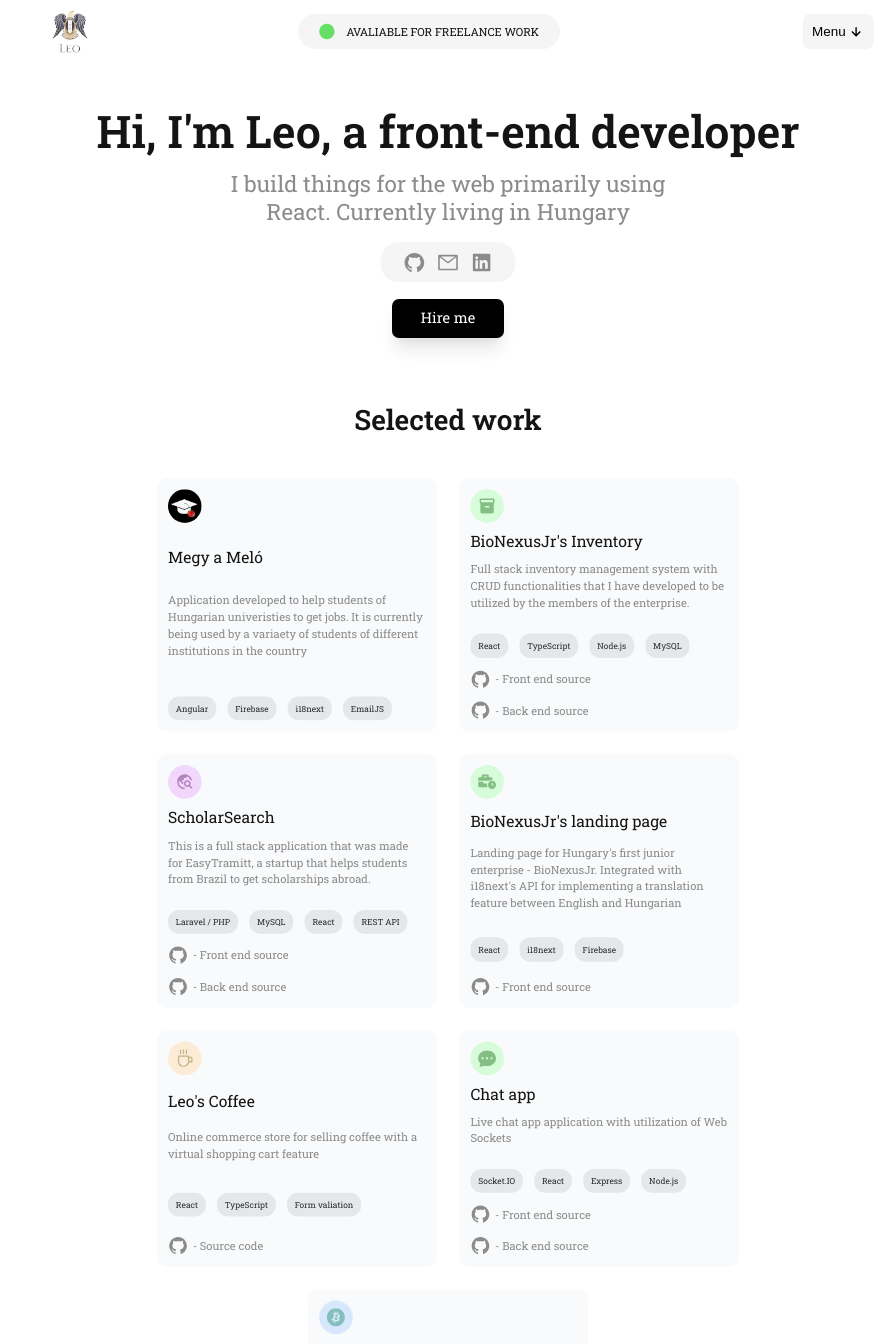
Repository: Leoka2000/portfolio-final
Page: /
The author's editor kept a copy of each file at every save. The page is drawn from the files as they stood at one save, then again after the next save.
The browser window is 1280 px wide. The pictures show the part of the page from y = 0 to 1920 px (the page is 3329 px tall), at 70% of full size.
Some web fonts or font styles are not loaded; a fallback is used. The project was rebuilt for these pictures with package versions that can differ from the ones it lists, and the page was loaded fresh each time. Some packages were replaced by stand-ins written for this rebuild. Also part of the build but not shown: src/App.css. Imported but missing from the stored project, and not drawn on this page: src/assets/BioNexus.mp4, src/assets/LeoCV.pdf, src/assets/ScholarSearch.mp4, src/assets/chat-app.mp4.

Above is the page before, as saved 2023-09-05 12:36:40.

### public/index.html
<!DOCTYPE html>
<html lang="en">
  <head>
    <meta charset="utf-8" />
    <link rel="icon" href="%PUBLIC_URL%/favicon.ico" />
    <meta name="viewport" content="width=device-width, initial-scale=1" />
    <meta name="theme-color" content="#000000" />
    <meta
      name="description"
      content="Web site created using create-react-app"
    />
    <link rel="apple-touch-icon" href="%PUBLIC_URL%/logo192.png" />
    <!-- font -->
    <link rel="preconnect" href="https://fonts.googleapis.com">
    <link rel="preconnect" href="https://fonts.gstatic.com" crossorigin>
    <link href="https://fonts.googleapis.com/css2?family=Fira+Sans+Extra+Condensed:wght@300&family=Roboto+Condensed:wght@300&family=Roboto+Slab:wght@400;500;600&display=swap" rel="stylesheet">

    <!-- font -->
    <link rel="manifest" href="%PUBLIC_URL%/manifest.json" />

    <title>React App</title>
  </head>
  <body>
    <noscript>You need to enable JavaScript to run this app.</noscript>
    <div id="root"></div>
    <!--
      This HTML file is a template.
      If you open it directly in the browser, you will see an empty page.

      You can add webfonts, meta tags, or analytics to this file.
      The build step will place the bundled scripts into the <body> tag.

      To begin the development, run `npm start` or `yarn start`.
      To create a production bundle, use `npm run build` or `yarn build`.
    -->
  </body>
</html>

### src/pages/main/home.jsx
import React from 'react'
import Navbar from '../../compontents/navbar/navbar'
import Hero from './hero/hero'
import Work from './work/work-parent'
import About from './about/about'
import Contact from '../contact/contact'


const Home = () => {
  return (
    <>

      <Hero/>
      <Work/>
      <About/>
      <Contact/>
    </>
  )
}

export default Home

### src/compontents/navbar/navbar.css
.nav-navbar {
    display: flex;
    justify-content: flex-start;

    align-items: center;
    height: 90px;
}

.nav-navbar > span {
    display: flex;
    color: var(--h1);
    text-align: center;
    align-items: center;
    justify-content: center;
    background-color: #f5f5f5;
    font-weight: 300;
    padding: 9px 30px;
    border-radius: 30px;
    height: 2rem;
    gap: 1rem;
    width: auto;
    position: absolute;
    right: 30rem;

}
.nav-navbar > span > div {
width: 1.4rem;
border-radius: 100%;
background-color: rgb(101, 223, 101);
height: 1.4rem;
}
.dropdown-menu{
    position: absolute;
    right: 0;
    margin-right: 2rem;


}
.nav-dropdown {
    transform: none;
    transition: all 2s ease-in-out;
    margin-top: 1rem;
    background-color: #f5f5f5;
    position: absolute;
    top: 1;
    right: 0;
    border-radius: 10px;
    width: 10rem;
    height: 8.5rem;
    font-size: 1.2rem;
    transition: all .2s ease-in-out;
    box-shadow: rgba(0, 0, 0, 0.1) 0px 20px 25px -5px, rgba(0, 0, 0, 0.04) 0px 10px 10px -5px;
    opacity:1;
    transition:

     0s linear,
     1s linear;
}
.nav-dropdown::before {
    content: "";
z-index: -1;
position: absolute;
top: 0;
right: 0;
bottom: 0;
left: 0;
background: linear-gradient(-45deg,#e81cff,#40c9ff);
transform: translateZ(0) scale(.95);
filter: blur(20px);
opacity: .6;
transition: .3s;
border-radius: inherit;
transition: all 2s ease-in-out;

}
.dropdown{

    list-style: none;
    display: flex;
 flex-direction: column;
 padding: 1rem;
 transform: none;
 opacity:1;
    transition:

     0s linear,
     1s linear;


}

.dropdown > a {
    list-style: none;
    width: 84%;
    display: flex;
    padding: 0.5rem 1rem 0.5rem 0.7rem;
}
.dropdown > a > a {
    width: 100%;
}
.dropdown a:hover {
    background-color: rgb(219, 219, 219);
    cursor: pointer;
    border-radius: 10px;
    transition: 0.2s;
}
.nav-navbar > div > button {
    background-color: transparent;
    outline: none;
    border: none;
    display: flex;
    align-items: center;
    background-color: #f5f5f5;
    border-radius: 10px;

    padding: 0.8rem;
    justify-content: center;
    gap: 0.2rem;
    cursor: pointer;
    position: relative;
    transition: 0.3s;
}
.nav-navbar > div > button:hover {
background-color: rgb(228, 228, 228);
transform: scale(1.1);
}
.dropdown-menu > button > p {
    font-size: 1.2rem;

}
.dropdown-menu button svg {
    font-size: 1.5rem;
}

### src/pages/main/hero/hero.jsx
import React from 'react'
import {AiFillGithub} from 'react-icons/ai'
import {AiOutlineMail} from 'react-icons/ai'
import {AiFillLinkedin} from 'react-icons/ai'
import './hero.css'
import { Link } from 'react-scroll'

const hero = () => {
  return (
    <>
      <section className='hero-section'>
        <h1>Hi, I'm Leo, a front-end developer</h1>
        <p>I build things for the web primarily using React. Currently living in Hungary</p>
        <div className='icons-wrapper'>
          <a href='https://www.linkedin.com/in/leoreus/'><AiFillGithub/></a>
          <a href='https://github.com/Leoka2000'><AiOutlineMail/> </a>
          <a><AiFillLinkedin/></a>
        </div>
     <Link  className='hero-btn' to="contact" spy={true} smooth={true} offset={100} duration={500}>Hire me</Link>
      </section>
    </>
  )
}

export default hero

### src/pages/main/work/work-parent.jsx
import React from 'react'
import './work.css'
import Bionexus from './projects/bionexus/index'
import CoffeeApp from './projects/coffee/index'
import ChatApp from './projects/chatapp/index'
import EasyTramitt from './projects/easy/index'
import CryptoApp from './projects/cryptoapp/index'
import Inventory from './projects/inventory'
import MegyaMelo from './projects/megyamelo'



const Work = () => {
  return (
    <>
      <section id='work' className='work-section'>
        <header><h1>Selected work</h1></header>
        <main className='work-main'>
          <MegyaMelo/>
       <Inventory/>
        <EasyTramitt />
          <Bionexus />
          <CoffeeApp />
          <ChatApp />
          <CryptoApp />



        </main>


      </section>
    </>
  )
}

export default Work

### src/pages/main/hero/hero.css
.hero-section {
    display: flex;
    flex-direction: column;
    text-align: center;
    align-items: center;
    padding: 4rem 2rem 2rem 2rem;
    justify-content: center;
    gap: 1.5rem
}
.hero-section h1 {
    color: var(--h1);
    font-size: 4rem;
}
.hero-section p {
    color: var(--p);
    font-size: 2rem;
    line-height: 2.5rem;
    max-width: 45rem;

}
.icons-wrapper {
    font-size: 2rem;
    color: var(--p);
    background-color: #f5f5f5;
    border-radius: 25px;
    align-items: center;
    padding: 0.8rem 0 0.5rem 0;
    width: 12rem;
    display: flex;
    justify-content: center;
    gap: 1rem;
    cursor: pointer;

}
.icons-wrapper a {
    text-decoration: none;
    color: var(--p);
}
.icons-wrapper svg {
    transition: 0.4s;
}
.icons-wrapper svg:hover {
    color: rgb(0, 0, 0);
}


.hero-section > a {
    font-family: 'Fira Sans Extra Condensed', sans-serif;

    font-family: 'Inter', sans-serif;

    font-family: 'Roboto Condensed', sans-serif;

    font-family: 'Roboto Slab', serif;

    display: flex;
    justify-content: center;
    align-items: center;
    color: white;
    font-size: 1.3rem;
    width: 10rem;
    height: 3.5rem;
    border-radius: 10px;
    outline: none;
    background-color: black;
    border: none;
    position: relative;
    cursor: pointer;
    transition: all .2s ease-in-out;
    box-shadow: rgba(0, 0, 0, 0.1) 0px 20px 25px -5px, rgba(0, 0, 0, 0.04) 0px 10px 10px -5px;
}
.hero-section > button::before {
    content: "";
z-index: -1;
position: absolute;
top: 0;
right: 0;
bottom: 0;
left: 0;
background: linear-gradient(-45deg, #e81cff, #40c9ff);
transform: translateZ(1) scale(.98);
filter: blur(20px);
opacity: .6;
transition: opacity .3s;
border-radius: inherit;
transition: all .2s ease-in-out;
}
.hero-section > button::after {

        content: "";
        z-index: -1;
        position: absolute;
        top: 0;
        right: 0;
        bottom: 0;
        left: 0;
        background: inherit;
        border-radius: inherit;
      }

.hero-section > button:hover {
transform: scale(1.1);
background-color: white;
color: black;
}



@media screen and (max-width: 1000px) {
    .hero-section > h1 {
        color: var(--h1);
        font-size: 2rem;
    }
    .hero-section > p {
        font-size: 1.2rem;
        line-height: 1.4rem;
    }

}

### src/pages/main/work/projects/bionexus/index.jsx
import React from 'react'
import {FaBusinessTime} from 'react-icons/fa'
import {AiFillGithub} from 'react-icons/ai'

const index = () => {

  return (
    <a target='_blank' href='https://bionexusjr.com/' className='individual-wrapper'>
    <span id='work-2'><FaBusinessTime/></span>
    <h1>BioNexusJr's landing page</h1>
    <p>Landing page for Hungary's first junior enterprise - BioNexusJr. Integrated with i18next's API for implementing a translation feature between English and Hungarian</p>
    <div className='key-wrapper'>
    <span>React</span>
      <span>i18next</span>
      <span>Firebase</span>
    </div>
    <a target='_blank' href='https://github.com/Leoka2000/BioNexus-s-Website'><AiFillGithub/><p id='hover'>- Front end source</p></a>
  </a>
  )
}

export default index

### src/pages/main/work/projects/coffee/index.jsx
import React from 'react'
import {AiOutlineCoffee} from 'react-icons/ai'
import {AiFillGithub} from 'react-icons/ai'

const index = () => {
  return (
    <a target='_blank'  href='https://melodious-rabanadas-153006.netlify.app/' className='individual-wrapper'>
      <span id='work-3'><AiOutlineCoffee/></span>
      <h1>Leo's Coffee</h1>
      <p>Online commerce store for selling coffee with a virtual shopping cart feature</p>
      <div className='key-wrapper'>
        <span>React</span>
        <span>TypeScript</span>
        <span>Form valiation</span>
      </div>
      <a target='_blank' href='https://github.com/Leoka2000/e-commerce-website'><AiFillGithub/><p id='hover'>- Source code</p></a>
    </a>
  )
}

export default index

### src/pages/main/work/projects/chatapp/index.jsx
import { useState } from 'react'
import { BsFillChatDotsFill } from 'react-icons/bs'
import { AiFillGithub } from 'react-icons/ai'
import video from '../../../../../assets/chat-app.mp4'

const Index = () => {
  const [isVideoPlaying, setIsVideoPlaying] = useState(false);

  const handleVideoClick = (event) => {
    const targetElement = event.target;
    const isGithubLink = targetElement.closest('.github-link');

    if (!isGithubLink) {
      setIsVideoPlaying(true);
      disableScroll();
    }
  };

  const handleQuitVideo = () => {
    setIsVideoPlaying(false);
    enableScroll();
  };

  const disableScroll = () => {
    document.body.style.overflow = 'hidden';
  };

  const enableScroll = () => {
    document.body.style.overflow = '';
  };

  return (
    <div>
      <div onClick={handleVideoClick} className='individual-wrapper'>
        <span id='work-4'><BsFillChatDotsFill /></span>
        <h1>Chat app</h1>
        <p>Live chat app application with utilization of Web Sockets</p>
        <div className='key-wrapper'>
          <span>Socket.IO</span>
          <span>React</span>
          <span>Express</span>
          <span>Node.js</span>
        </div>
        <a target='_blank' href="https://github.com/Leoka2000/chat-app-front-end" className="github-link">
          <AiFillGithub />
          <p id="hover">- Front end source</p>
        </a>
        <a target='_blank' href="https://github.com/Leoka2000/chat-app-back-end" className="github-link">
          <AiFillGithub />
          <p id="hover">- Back end source</p>
        </a>
      </div>
      {isVideoPlaying && (
        <div className="video-overlay">
          <video src={video} controls autoPlay />
          <button onClick={handleQuitVideo}>Quit</button>
        </div>
      )}
    </div>
  )
}


export default Index

### src/pages/main/work/projects/easy/index.jsx
import React, { useState } from 'react';
import { MdTravelExplore } from 'react-icons/md';
import { AiFillGithub } from 'react-icons/ai';
import video from '../../../../../assets/ScholarSearch.mp4';

const Index = () => {
  const [isVideoPlaying, setIsVideoPlaying] = useState(false);

  const handleVideoClick = (event) => {
    const targetElement = event.target;
    const isGithubLink = targetElement.closest('.github-link');

    if (!isGithubLink) {
      setIsVideoPlaying(true);
      disableScroll();
    }
  };

  const handleQuitVideo = () => {
    setIsVideoPlaying(false);
    enableScroll();
  };

  const disableScroll = () => {
    document.body.style.overflow = 'hidden';
  };

  const enableScroll = () => {
    document.body.style.overflow = '';
  };

  return (
    <div>
      <div onClick={handleVideoClick} className="individual-wrapper">
        <span id="work-5">
          <MdTravelExplore />
        </span>
        <h1>ScholarSearch</h1>
        <p>
          This is a full stack application that was made for EasyTramitt, a
          startup that helps students from Brazil to get scholarships abroad.
        </p>
        <div className="key-wrapper">
          <span>Laravel / PHP</span>
          <span>MySQL</span>
          <span>React</span>
          <span>REST API</span>
        </div>
        <a target='_blank' href="https://github.com/Leoka2000/front-end-ScholarSearch" className="github-link">
          <AiFillGithub />
          <p id="hover">- Front end source</p>
        </a>
        <a  target='_blank' href="https://github.com/Leoka2000/back-end-laravel" className="github-link">
          <AiFillGithub />
          <p id="hover">- Back end source</p>
        </a>
      </div>

      {isVideoPlaying && (
        <div className="video-overlay">
          <video src={video} controls autoPlay />
          <button onClick={handleQuitVideo}>Quit</button>
        </div>
      )}
    </div>
  );
};

export default Index;

### src/pages/main/work/projects/cryptoapp/index.jsx
import React from 'react'
import {SiBitcoin} from 'react-icons/si'
import {AiFillGithub} from 'react-icons/ai'

const index = () => {
  return (
    <a target='_blank'  href='https://regal-macaron-8fc4ed.netlify.app/' className='individual-wrapper'>
      <span id='work-1'><SiBitcoin/></span>
      <h1>CryptoApp</h1>
      <p>By consuming the CoinGecko API, the app provides live updates on different cryptocurrency informations</p>
      <div className='key-wrapper'>
      <span>React</span>
      <span>TypeScript</span>
        <span>CoinGecko API</span>
      </div>
      <a target='_blank' href='https://github.com/Leoka2000/CryptoApp'><AiFillGithub/><p id='hover'>- Source code</p></a>
    </a>
  )
}

export default index

### src/pages/main/work/projects/inventory/index.jsx
import React, { useState } from 'react'
import { MdInventory } from 'react-icons/md'
import { AiFillGithub } from 'react-icons/ai'
import video from '../../../../../assets/BioNexus.mp4'

const Index = () => {
  const [isVideoPlaying, setIsVideoPlaying] = useState(false);

  const handleVideoClick = (event) => {
    const targetElement = event.target;
    const isGithubLink = targetElement.closest('.github-link');

    if (!isGithubLink) {
      setIsVideoPlaying(true);
      disableScroll();
    }
  };

  const handleQuitVideo = () => {
    setIsVideoPlaying(false);
    enableScroll();
  };

  const disableScroll = () => {
    document.body.style.overflow = 'hidden';
  };

  const enableScroll = () => {
    document.body.style.overflow = '';
  };

  return (
    <div>
      <div onClick={handleVideoClick} className='individual-wrapper'>
        <span id='work-2'><MdInventory /></span>
        <h1>BioNexusJr's Inventory</h1>
        <p>Full stack inventory management system with CRUD functionalities that I have developed to be utilized by the members of the enterprise.</p>
        <div className='key-wrapper'>
          <span>React</span>
          <span>TypeScript</span>
          <span>Node.js</span>
          <span>MySQL</span>
        </div>
        <a target='_blank' href="https://github.com/Leoka2000/inventory-bionexusjr" className="github-link">
          <AiFillGithub />
          <p id="hover">- Front end source</p>
        </a>
        <a target='_blank' href="https://github.com/Leoka2000/inventory-app-backend" className="github-link">
          <AiFillGithub />
          <p id="hover">- Back end source</p>
        </a>
      </div>
      {isVideoPlaying && (
        <div className="video-overlay">
          <video src={video} controls autoPlay />
          <button onClick={handleQuitVideo}>Quit</button>
        </div>
      )}
    </div>
  )
}

export default Index

### src/pages/main/work/projects/megyamelo/index.jsx
import React from 'react'
import {SiBitcoin} from 'react-icons/si'
import logo from '../../../../../assets/logo.jpg'

const Index = () => {
  return (
    <a target='_blank'  href='https://www.megyamelo.com' className='individual-wrapper'>
      <span id='work-6'><img src={logo}/></span>
      <h1>Megy a Meló</h1>
      <p>Application developed to help students of Hungarian univeristies to get jobs. It is currently being used by a variaety of students of different institutions in the country</p>
      <div className='key-wrapper'>
      <span>Angular</span>
      <span>Firebase</span>
      <span>i18next</span>
        <span>EmailJS</span>
      </div>
    </a>
  )
}

export default Index

### src/pages/main/about/about.css
.about-section {
    display: flex;
    gap: 0.5rem;
    padding: 7rem 1.5rem 5rem 4rem;
}

.left {
    display: flex;
    flex-direction: column;
    width: 50rem;
    gap: 1rem;

}
.left > h1 {
    color: var(--h1);
    font-size: 1.8rem;
}
.left > p {
    line-height: 1.8rem;
    color: var(--p);
    font-size: 1rem;
    font-weight: normal;
    -webkit-font-smoothing: antialiased;
    -moz-osx-font-smoothing: grayscale;
    width: 90%;

}

.right {
    display:flex;
    flex-direction: column;
    background-color: var(--background);
    border-radius: 16px;
    gap:1.6rem;
    padding: 1.3rem;
    justify-content: space-evenly;
    z-index: 0;
    width: 30rem;

}
.right > h1 {
    font-size: 1.9rem;
}
.right > p {
    color: var(--p);
    font-size: 1.1rem;
    line-height: 1.8rem;
    width: 95%;
}
.right-btn {
    display: flex;
    justify-content: center;
    align-items: center;
    color: white;
    font-size: 1rem;
    width: 10rem;
    height: 2.5rem;
    border-radius: 10px;
    outline: none;

    background-color: black;
    border: none;
    position: relative;
    cursor: pointer;
    transition: all .2s ease-in-out;
    box-shadow: rgba(0, 0, 0, 0.1) 0px 20px 25px -5px, rgba(0, 0, 0, 0.04) 0px 10px 10px -5px;
    font-family: 'Fira Sans Extra Condensed', sans-serif;

    font-family: 'Inter', sans-serif;

    font-family: 'Roboto Condensed', sans-serif;

    font-family: 'Roboto Slab', serif;
}
.right-btn::before {
    content:"";
z-index: -1;
position: absolute;
top: 0;
right: 0;
bottom: 0;

left: 0;
background: linear-gradient(-45deg, #e81cff, #40c9ff);
transform: translateZ(1) scale(.98);
filter: blur(20px);
opacity: 0.8;
transition: opacity .3s;
border-radius: inherit;
transition: all .2s ease-in-out;
}
.right-btn::after {

        content: "";
        z-index: -1;
        position: absolute;
        top: 0;
        right: 0;
        bottom: 0;
        left: 0;
        background: inherit;
        border-radius: inherit;
      }

      .right-btn:hover {
transform: scale(1.1);
background-color: white;
color: black;
}




@media screen and (max-width: 1150px) {
    .right {
        width: 35rem;


    }
    .left {
        width: 40rem;
        padding-left: 1.5rem;
    }
}

@media screen and (max-width: 1000px) {
    .about-section {
        flex-direction: column;
        padding-left: 0rem;
    }
    .right {
        width: 90%;



    }
    .left {
        width: 90%;
        padding-bottom: 1.5rem;


    }
    .left > p {
        width: 100%;
    }

    .right-btn {
        width: 13rem;
    }

    .right > p {

        font-size: 1.2rem;

    }
}

### src/pages/main/about/thingsido/index.jsx
import React from 'react'

const index = () => {
  return (
    <div className='left'>
            <h1>My story</h1>
            <p>My first real world experience I had with programming was when my friend founded a startup and was complaining to me how expensive it is to hire a programmer to develop a website. At that point I had been doing some self-studying in JS, which was enough for me to start learning React to maker her a website. After this experience I grew passionate about coding and started developing myself in this field</p>
            <p>In my free time I am a language learner. Aside from my native language, I also speak English, Hungarian, and a bit of Italian</p>
        </div>
  )
}

export default index

### src/pages/main/about/skills/index.jsx
import React from 'react'
import CV from '../../../../assets/LeoCV.pdf'
import './index.css'



const index = () => {
    return (
        <div className='right'>
            <h1>Skills</h1>
            <p>HTML / CSS / TypeScript / React / Laravel / PHP / MySQL / Next.js / Node.js / Express.js / Figma</p>
            <a href={CV} download className='right-btn'>Download CV</a>
        </div>
    )
}

export default index

Loaded but not shown: src/index.js (common file); src/index.css (common file); src/App.js (common file); src/pages/contact/inputs/index.js (87 lines, source omitted); src/compontents/navbar/navbar.js (35 lines, source omitted); src/pages/contact/contact.js (22 lines, source omitted); src/pages/main/about/about.js (15 lines, source omitted); src/pages/main/work/work.css (210 lines, source omitted); src/pages/contact/contact.css (158 lines, source omitted); src/pages/main/about/skills/index.css (no stored copy; drawn as an empty file)

After the next save:
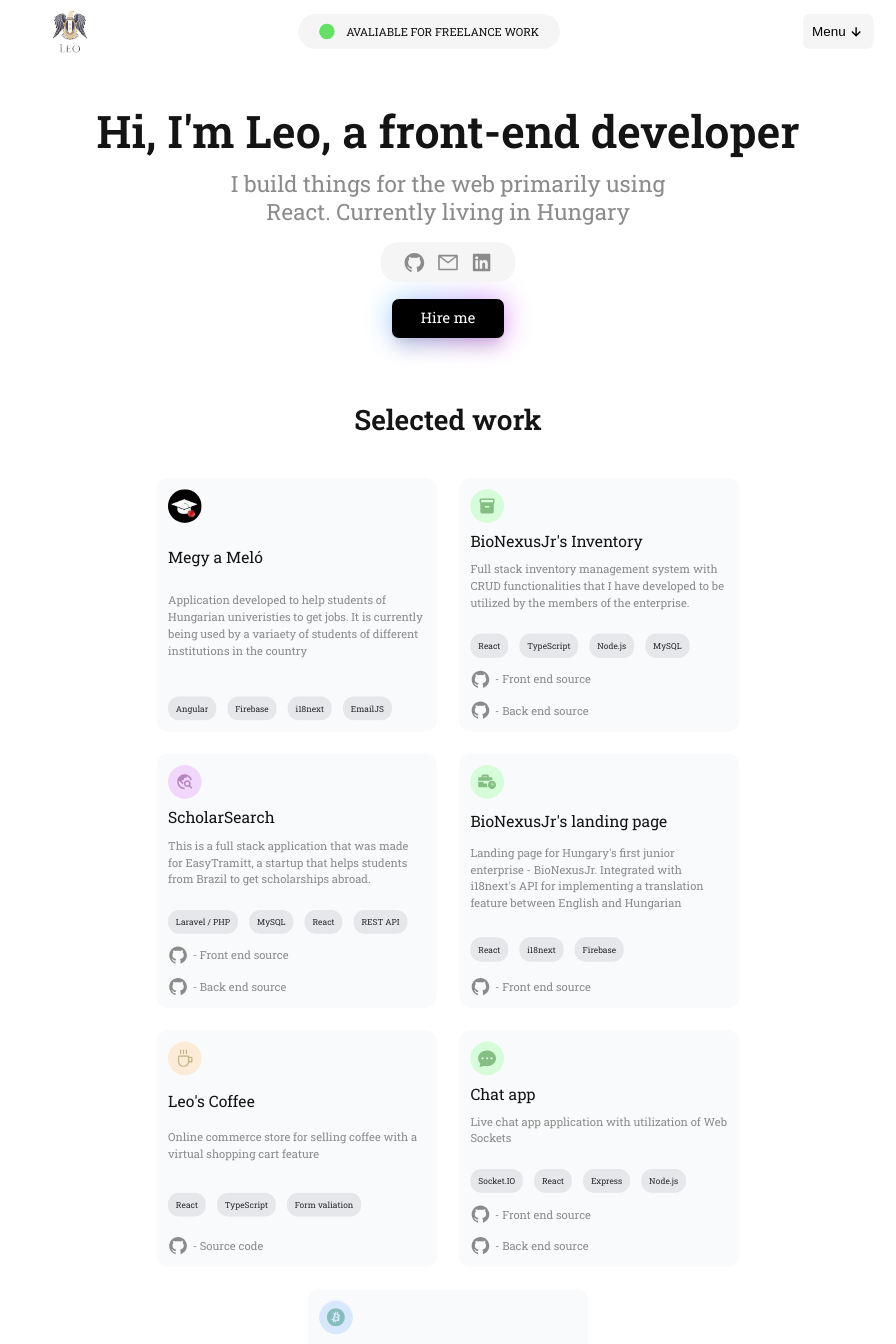
Saved 4 s later.
--- a/src/pages/main/hero/hero.css
+++ b/src/pages/main/hero/hero.css
@@ -69,7 +69,7 @@
     transition: all .2s ease-in-out;
     box-shadow: rgba(0, 0, 0, 0.1) 0px 20px 25px -5px, rgba(0, 0, 0, 0.04) 0px 10px 10px -5px;
 }
-.hero-section > button::before {
+.hero-section > a::before {
     content: "";
 z-index: -1;
 position: absolute;
